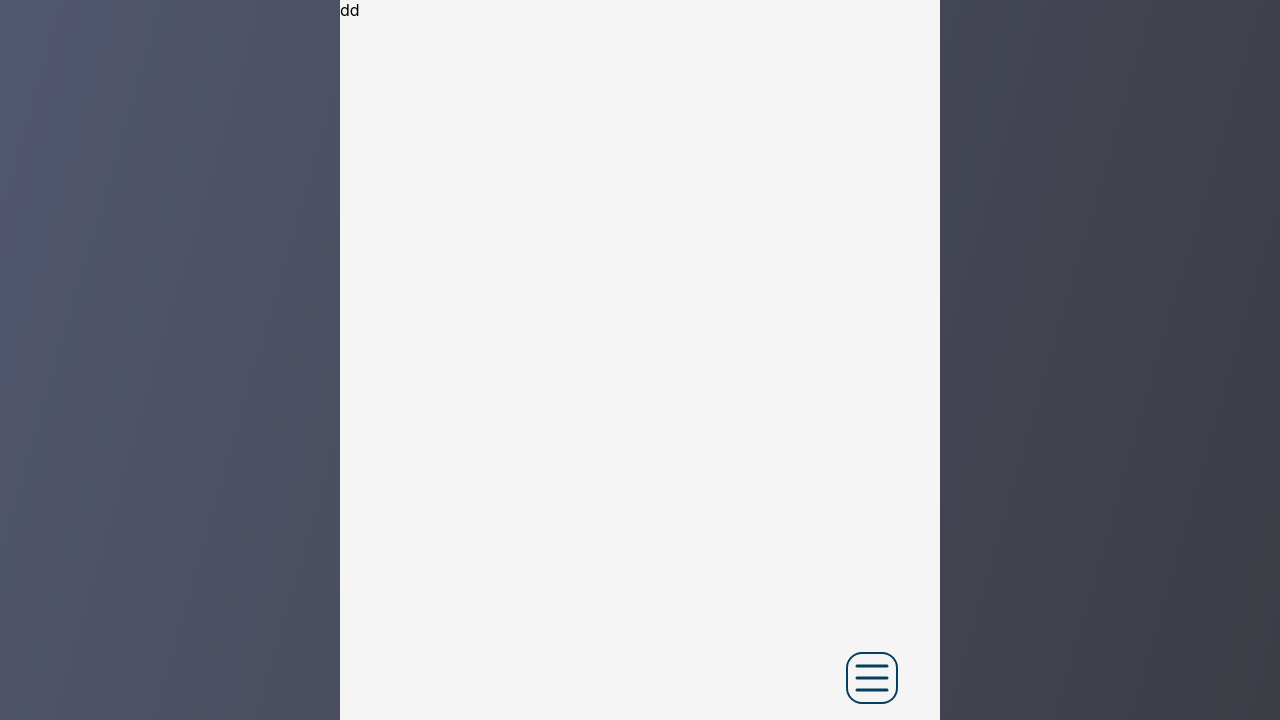
Repository: SeungYn/hanium
Page: /
An editor plug-in stored every save of this project. The page is shown before and after the next save, followed by the edit.
The browser window is 1280 px wide. The pictures show the whole page.
The project was rebuilt for these pictures with package versions that can differ from the ones it lists, and the page was loaded fresh each time. Also part of the build but not shown: src/App.css, src/components/ReadPopup/ReadPopup.module.css, src/components/ReadPopup/ReadPopup.jsx, src/pages/login/Login.jsx.

Above is the page before, as saved 2022-10-27 14:18:07.

After the next save:
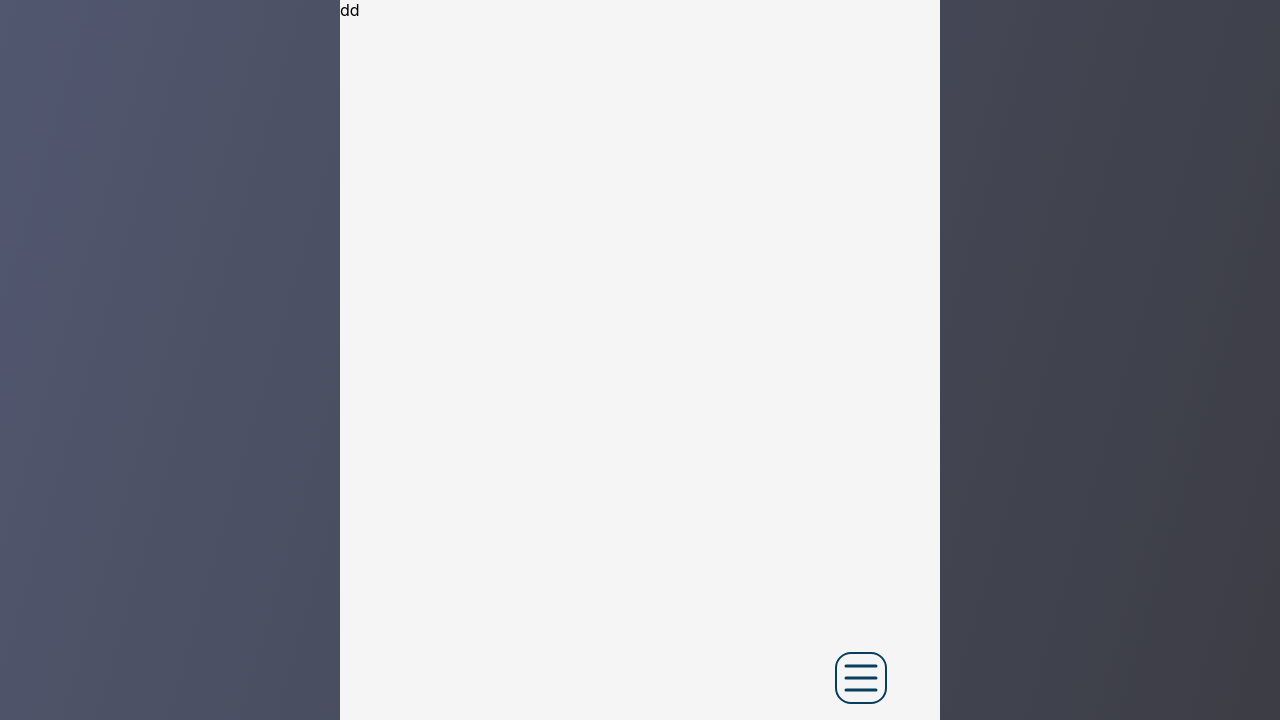
Saved 12 s later.
--- a/src/components/Navbar/Navbar.module.css
+++ b/src/components/Navbar/Navbar.module.css
@@ -43,7 +43,7 @@
 }
 
 .reactIcon {
-  font-size: 2.7rem;
+  font-size: 4rem;
 }
 
 .btn {
